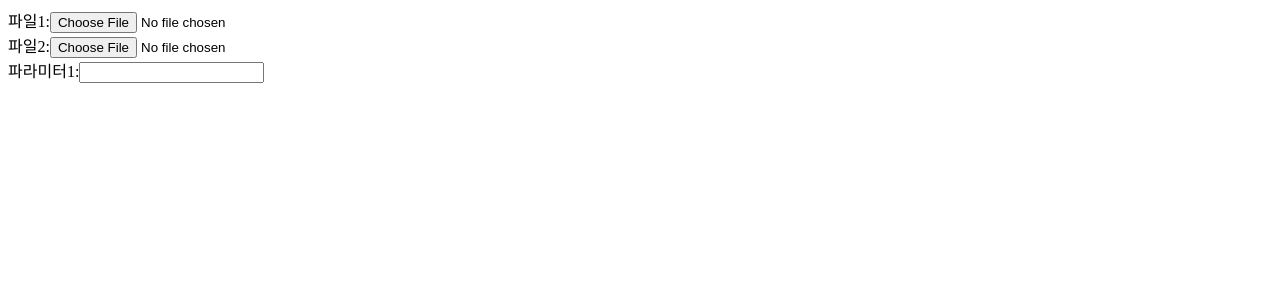
Repository: Yusubin/workEx
Page: http://localhost/project06/uploadForm.jsp
An editor plug-in stored every save of this project. The page is shown before and after the next save, followed by the edit.
The browser window is 1280 px wide. The pictures show the whole page.
The page is served by Tomcat 9.

Above is the page before, as saved 2022-02-10 08:08:27.

After the next save:
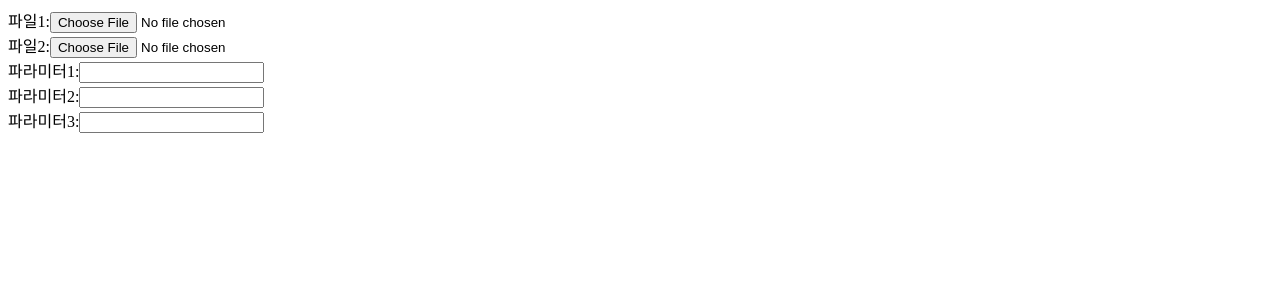
Saved 15 s later.
--- a/project06/src/main/webapp/uploadForm.jsp
+++ b/project06/src/main/webapp/uploadForm.jsp
@@ -15,6 +15,8 @@
 		파일1:<input type="file" name="file1"><br>
 		파일2:<input type="file" name="file2"><br>
 		파라미터1:<input type="text" name="param1"><br>
+		파라미터2:<input type="text" name="param2"><br>
+		파라미터3:<input type="text" name="param3"><br>
 	</form>
 </body>
 </html>
